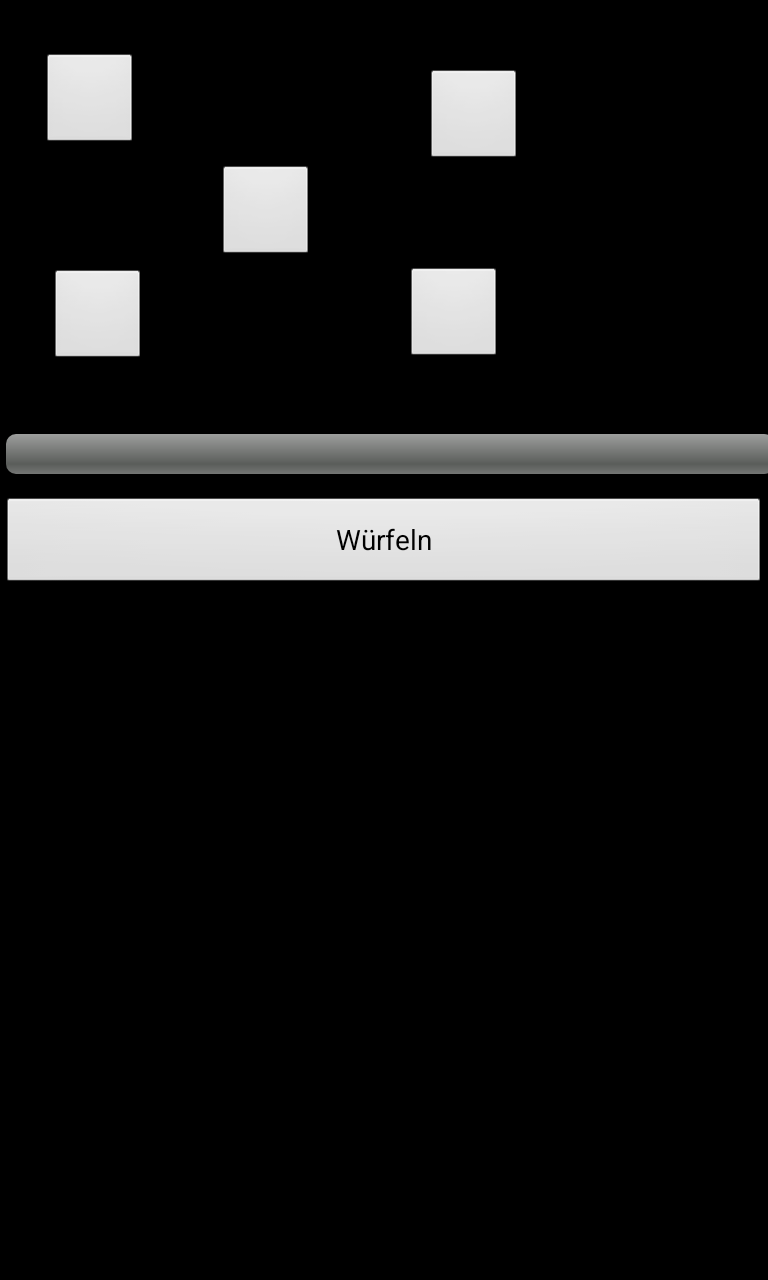
Repository: Lemkerene/App
Layout: kniffel/res/layout/wurfel.xml
An editor plug-in stored every save of this project. The layout is shown before and after the next save, followed by the edit.
It is drawn on a 768 x 1280 px phone screen (xhdpi) without system bars, with theme android:Theme; the app's code is not run.

Above is the layout before, as saved 2012-08-05 11:21:06.

After the next save:
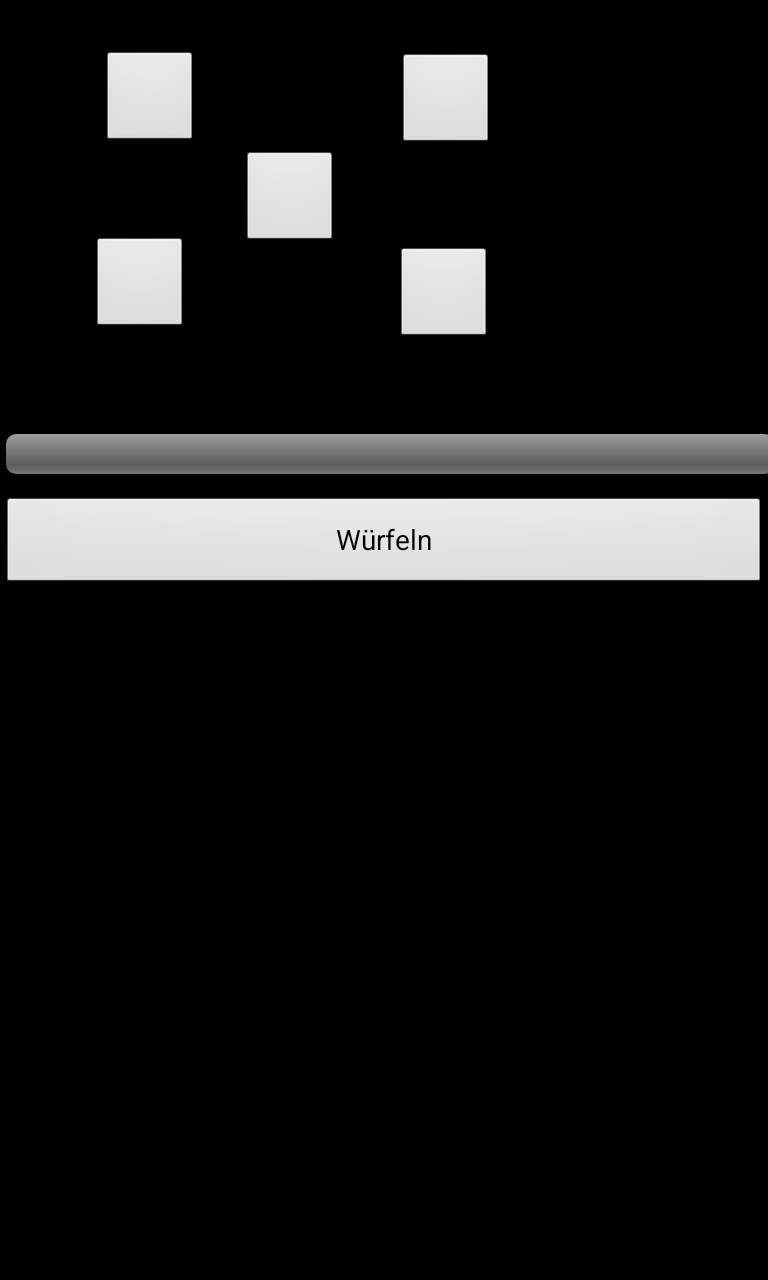
Saved 6 min 53 s later.
--- a/kniffel/res/layout/wurfel.xml
+++ b/kniffel/res/layout/wurfel.xml
@@ -3,16 +3,6 @@
     android:id="@+id/AbsoluteLayout1"
     android:layout_width="fill_parent"
     android:layout_height="fill_parent" >
-
-
-
-    <Button
-        android:id="@+id/wu4"
-        android:layout_width="50"
-        android:layout_height="50"
-        android:layout_x="24dp"
-        android:layout_y="134dp"
-        android:onClick="OnClickSperr"/>
 
     <ProgressBar
         android:id="@+id/progressBar1"
@@ -21,43 +11,6 @@
         android:layout_height="wrap_content"
         android:layout_x="3dp"
         android:layout_y="217dp" />
-
-
-
-    <Button
-        android:id="@+id/wu5"
-        android:layout_width="50"
-        android:layout_height="50"
-        android:layout_x="202dp"
-        android:layout_y="133dp"
-        android:onClick="OnClickSperr"/>
-
-
-    <Button
-        android:id="@+id/wu3"
-        android:layout_width="50"
-        android:layout_height="50"
-        android:layout_x="108dp"
-        android:layout_y="82dp"
-        android:onClick="OnClickSperr"/>
-
-
-    <Button
-        android:id="@+id/wu2"
-        android:layout_width="50"
-        android:layout_height="50"
-        android:layout_x="212dp"
-        android:layout_y="34dp"
-        android:onClick="OnClickSperr"/>
-
-
-    <Button
-        android:id="@+id/wu1"
-        android:layout_width="50dp"
-        android:layout_height="50dp"
-        android:onClick="OnClickSperr"
-        android:layout_x="20dp"
-        android:layout_y="26dp" />
 
 
     <Button
@@ -69,4 +22,44 @@
         android:onClick="OnClickW"
         android:text="@string/wurf" />
 
+    <Button
+        android:id="@+id/wu3"
+        android:layout_width="50"
+        android:layout_height="50"
+        android:layout_x="120dp"
+        android:layout_y="75dp"
+        android:onClick="OnClickSperr" />
+
+    <Button
+        android:id="@+id/wu2"
+        android:layout_width="50"
+        android:layout_height="50"
+        android:layout_x="198dp"
+        android:layout_y="26dp"
+        android:onClick="OnClickSperr" />
+
+    <Button
+        android:id="@+id/wu5"
+        android:layout_width="50"
+        android:layout_height="50"
+        android:layout_x="197dp"
+        android:layout_y="123dp"
+        android:onClick="OnClickSperr" />
+
+    <Button
+        android:id="@+id/wu1"
+        android:layout_width="50dp"
+        android:layout_height="50dp"
+        android:layout_x="50dp"
+        android:layout_y="25dp"
+        android:onClick="OnClickSperr" />
+
+    <Button
+        android:id="@+id/wu4"
+        android:layout_width="50"
+        android:layout_height="50"
+        android:layout_x="45dp"
+        android:layout_y="118dp"
+        android:onClick="OnClickSperr" />
+
 </AbsoluteLayout>
